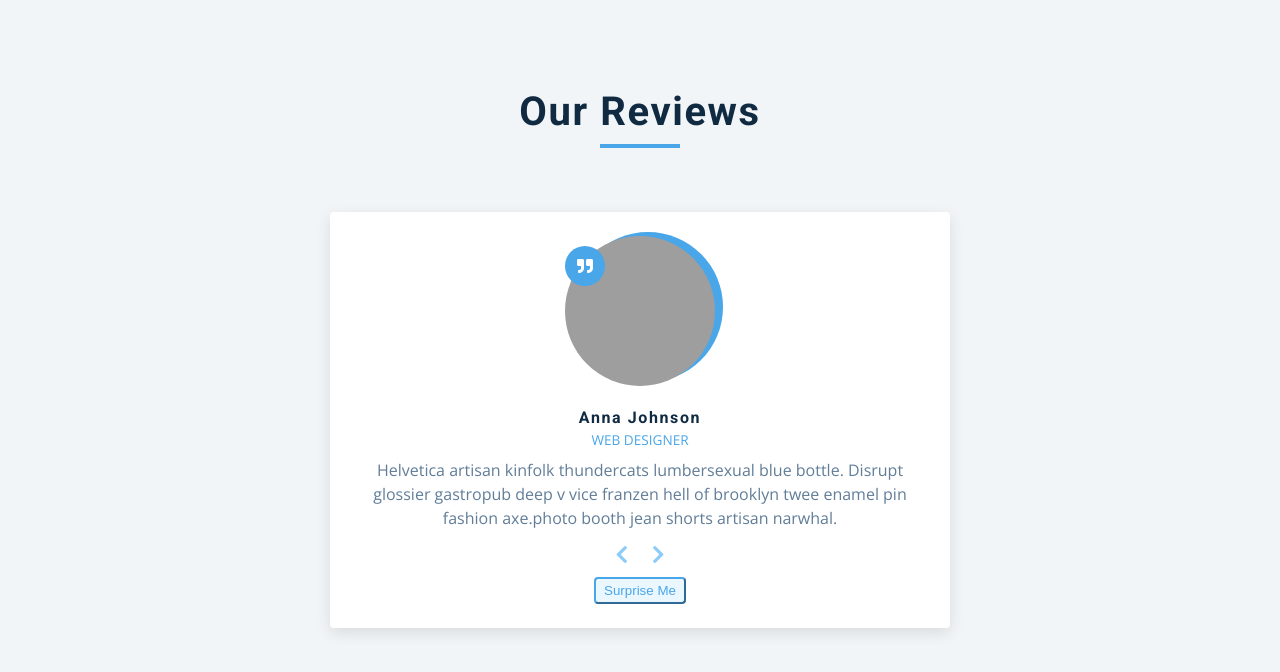
Repository: sunny070/javaScript
Page: Reviews_03/index.html
An editor plug-in stored every save of this project. The page is shown before and after a run of saves, followed by the edit.
The browser window is 1280 px wide. The pictures show the whole page.
After loading, the first visible `button.next-btn` was clicked once.
Pictures or frames that could not be fetched are drawn as grey boxes. Some web libraries are served in a nearby version.

Above is the page before, as saved 2023-10-04 13:35:41.

After the next 2 saves:
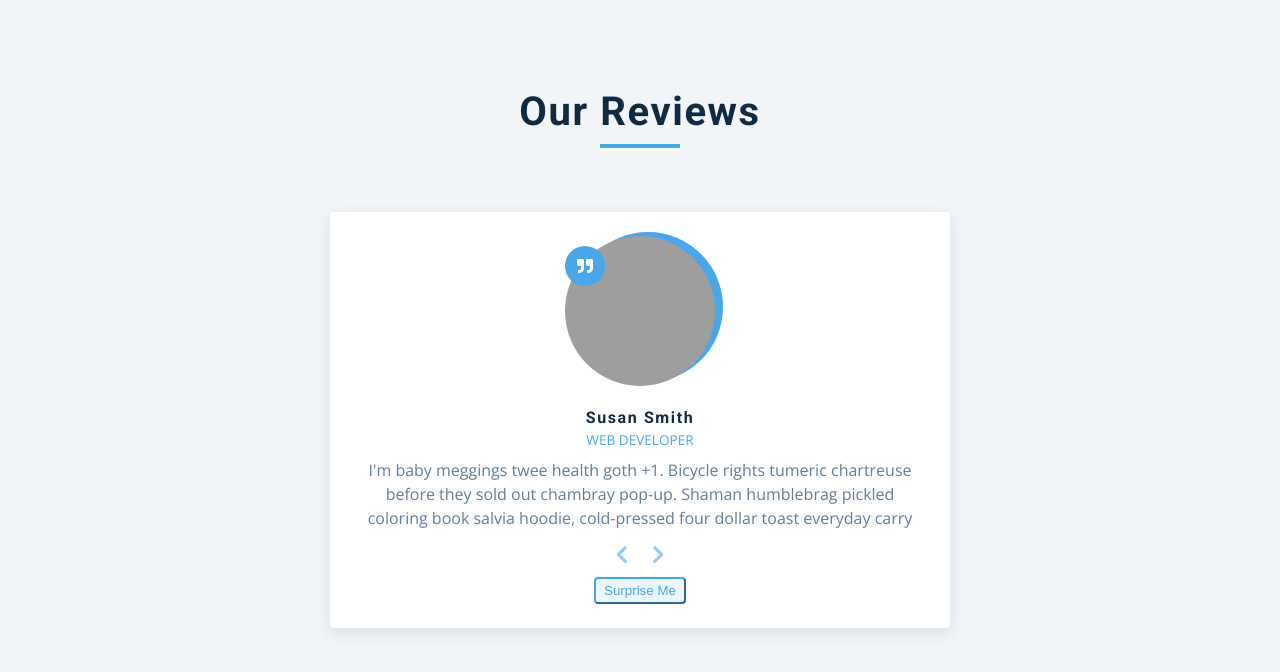
The 2 saves are shown as one change because they came seconds apart.
The last was saved 7 s later.
--- a/Reviews_03/app.js
+++ b/Reviews_03/app.js
@@ -63,7 +63,7 @@
 
 nextBtn.addEventListener('click',function(){
   currentItem++;
-  if(currentItem)
+  if(currentItem>reviews)
   showPerson(currentItem);
 })
 

After the 3 saves that followed:
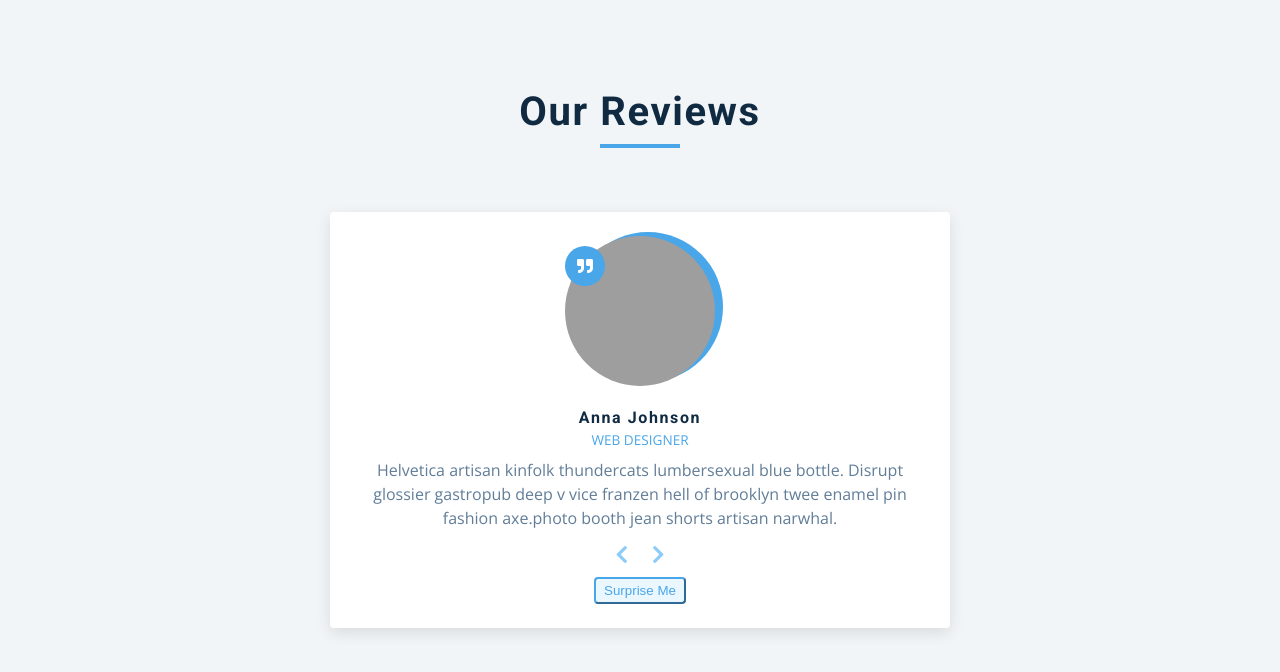
The 3 saves are shown as one change because 2 left the picture as it was.
The last was saved 50 s later.
--- a/Reviews_03/app.js
+++ b/Reviews_03/app.js
@@ -63,7 +63,9 @@
 
 nextBtn.addEventListener('click',function(){
   currentItem++;
-  if(currentItem>reviews)
+  if(currentItem>reviews.length - 1){
+
+  }
   showPerson(currentItem);
 })
 
